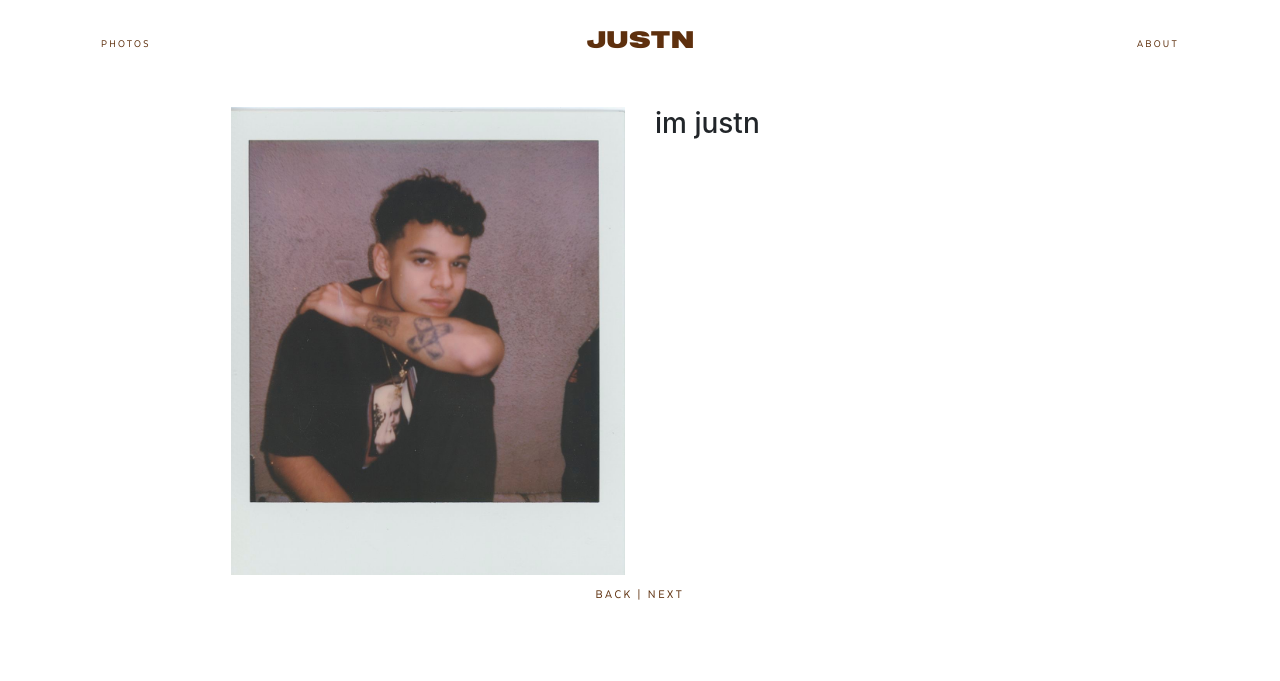
Repository: AviMKabir/justn_2020
Page: about.html
These files come from the project's save history. The page is drawn as it stood at one moment and after the next save; the edit follows.
The browser window is 1280 px wide. The pictures show the whole page.

Above is the page before, as saved 2020-12-06 18:49:33.

After the next save:
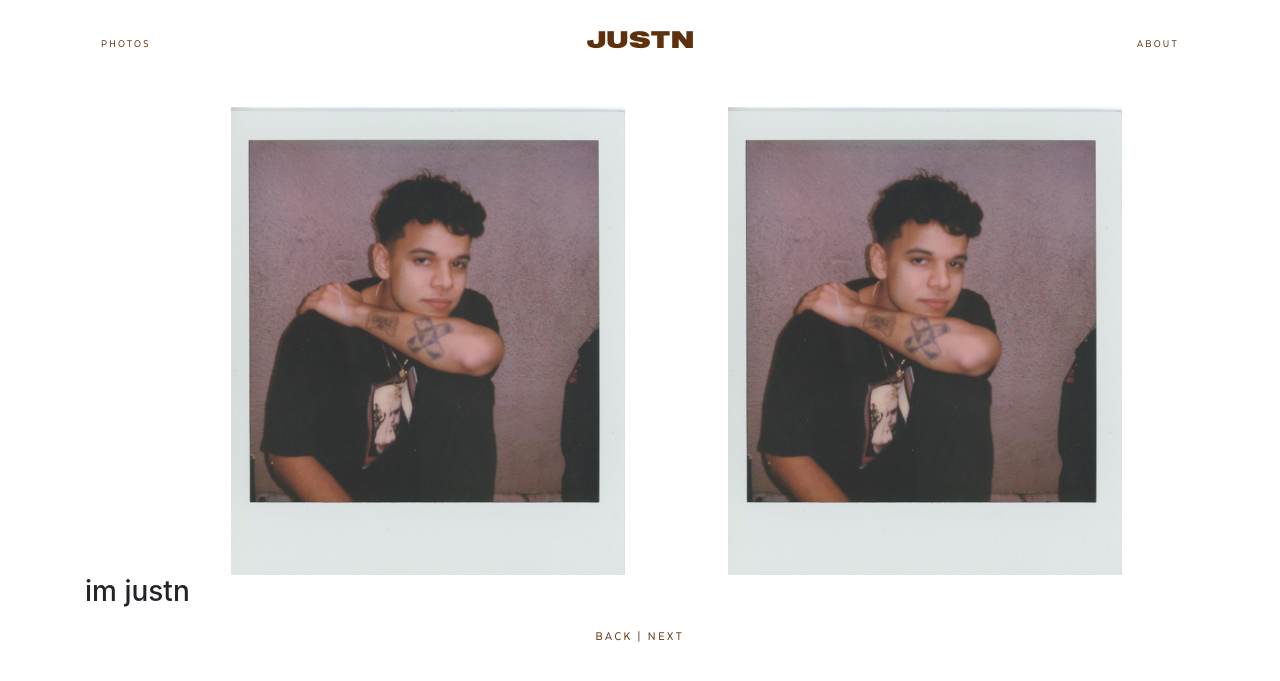
Saved 20 s later.
--- a/about.html
+++ b/about.html
@@ -102,9 +102,15 @@
                 <div class="carousel-item active">
 
                     <div class="row ">
+
                         <div class="col-12 col-md-6 hide-for-mobile">
                             <img class="d-block" src=" ./img/about.jpg" style="margin-right: 0;">
                         </div>
+
+                        <div class="col-12 col-md-6 hide-for-mobile">
+                            <img class="d-block" src=" ./img/about.jpg">
+                        </div>
+
                         <div class="col-12 col-md-4">
                             <h3>im justn</h3>
                         </div>

After the 2 saves that followed:
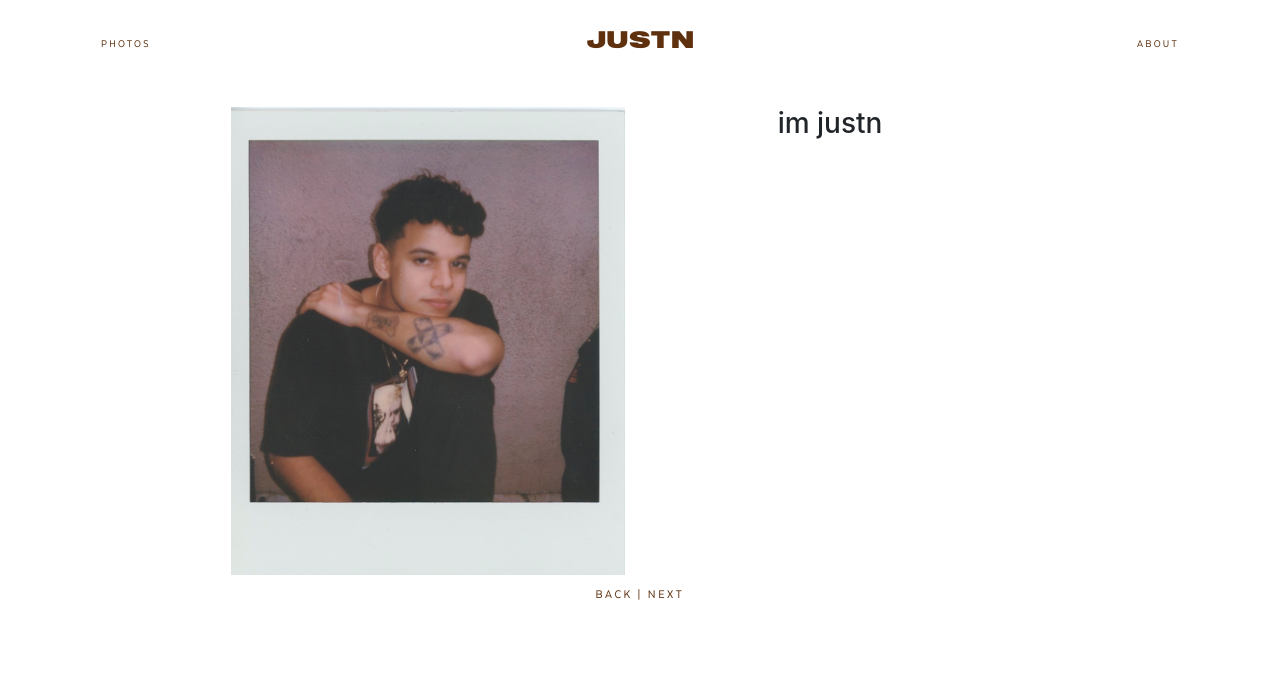
The 2 saves are shown as one change because they came seconds apart.
The last was saved 9 s later.
--- a/about.html
+++ b/about.html
@@ -107,11 +107,11 @@
                             <img class="d-block" src=" ./img/about.jpg" style="margin-right: 0;">
                         </div>
 
-                        <div class="col-12 col-md-6 hide-for-mobile">
+                        <div class="col-12 col-md-6 show-for-mobile">
                             <img class="d-block" src=" ./img/about.jpg">
                         </div>
 
-                        <div class="col-12 col-md-4">
+                        <div class="col-12 col-md-4 text-center">
                             <h3>im justn</h3>
                         </div>
                     </div>
